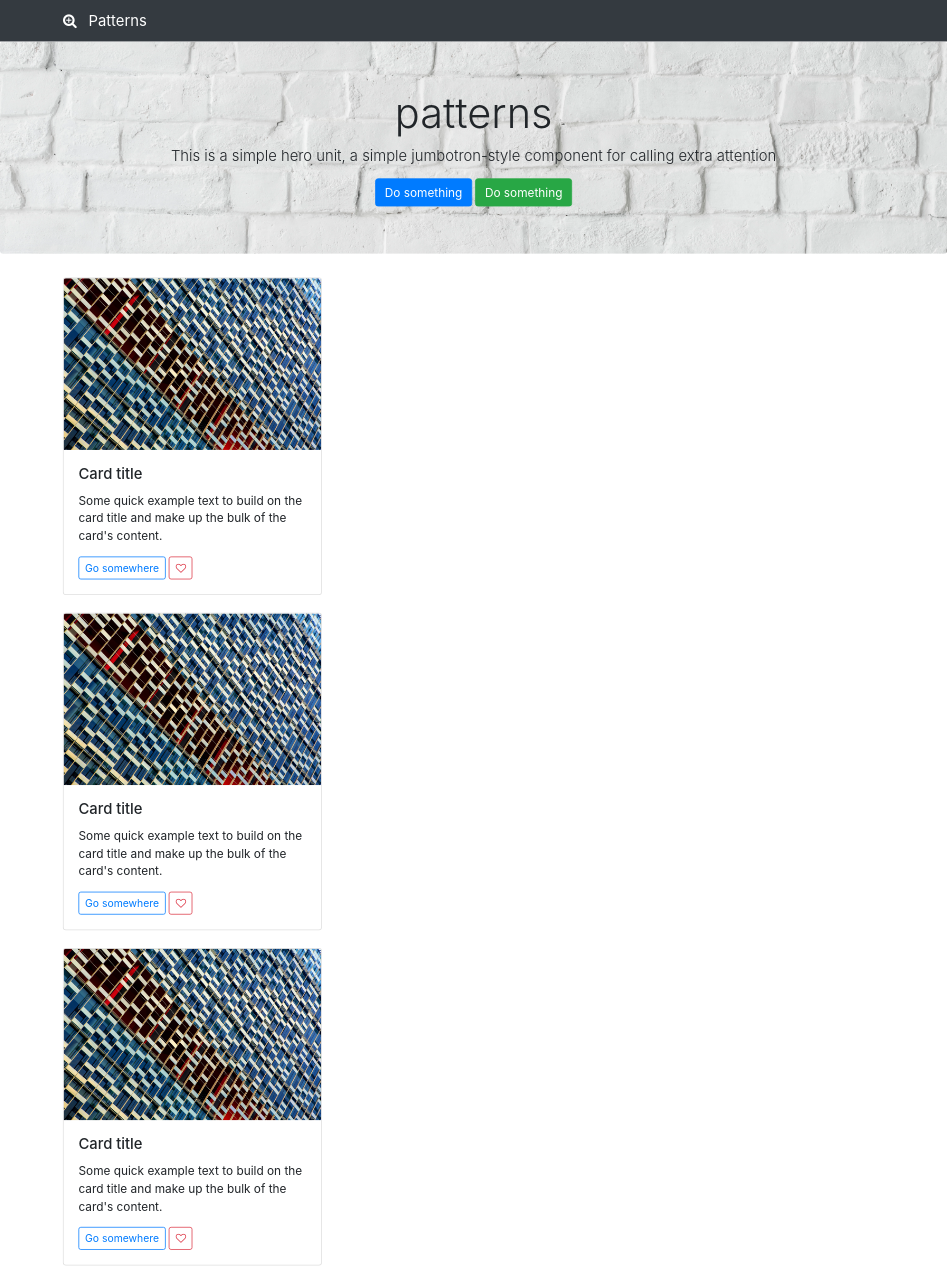
Repository: Mietlicha/patterns
Page: index.html
The author's editor kept a copy of each file at every save. The page is drawn from the files as they stood at one save, then again after the next save.
The browser window is 1280 px wide. The pictures show the whole page, at 74% of full size.

Above is the page before, as saved 2019-10-24 12:01:43.

After the next save:
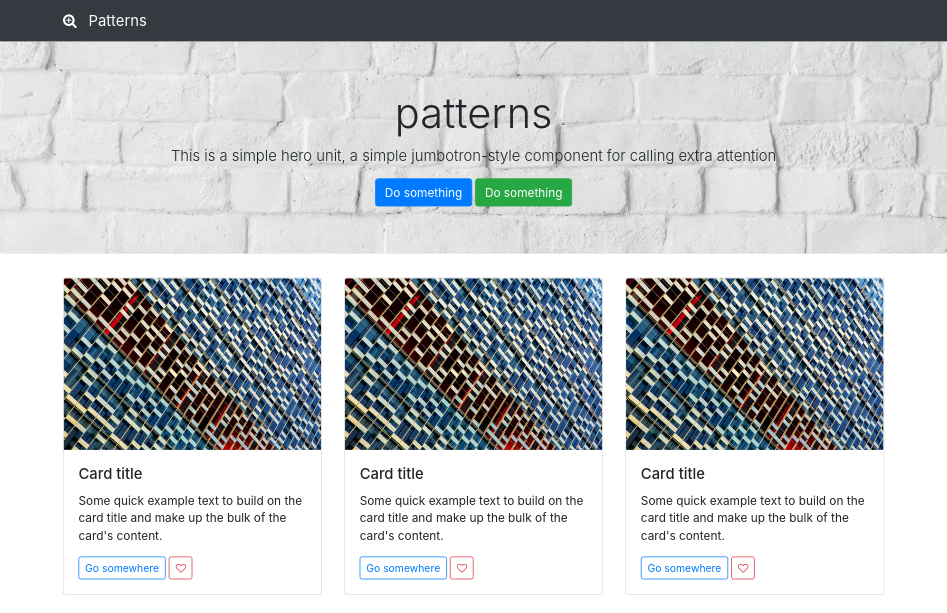
Saved 3 min 32 s later.
--- a/index.html
+++ b/index.html
@@ -29,8 +29,7 @@
             </div>
         </section>
 
-        <section id="gallery">
-            <div class="container">
+        <section id="gallery" class="container">
             <div class="row">
                 <div class="col-md-4">
                     <div class="card mb-4">
@@ -42,7 +41,9 @@
                             <a href="#" class="btn btn-outline-danger btn-sm"><i class="fa fa-heart-o" aria-hidden="true"></i></a>
                         </div>
                     </div>
-                    <div class="card mb-4">
+                </div>
+                <div class="col-md-4">
+                        <div class="card mb-4">
                             <img src=" imgs/pattern1.jpeg" class="card-img-top" alt="pattern one">
                             <div class="card-body">
                                 <h5 class="card-title">Card title</h5>
@@ -51,7 +52,9 @@
                                 <a href="#" class="btn btn-outline-danger btn-sm"><i class="fa fa-heart-o" aria-hidden="true"></i></a>
                             </div>
                         </div>
-                        <div class="card mb-4">
+                    </div>
+                    <div class="col-md-4">
+                            <div class="card mb-4">
                                 <img src=" imgs/pattern1.jpeg" class="card-img-top" alt="pattern one">
                                 <div class="card-body">
                                     <h5 class="card-title">Card title</h5>
@@ -60,8 +63,7 @@
                                     <a href="#" class="btn btn-outline-danger btn-sm"><i class="fa fa-heart-o" aria-hidden="true"></i></a>
                                 </div>
                             </div>
-                </div>
-            </div>
+                        </div>
             </div>
         </section>
     </article>
